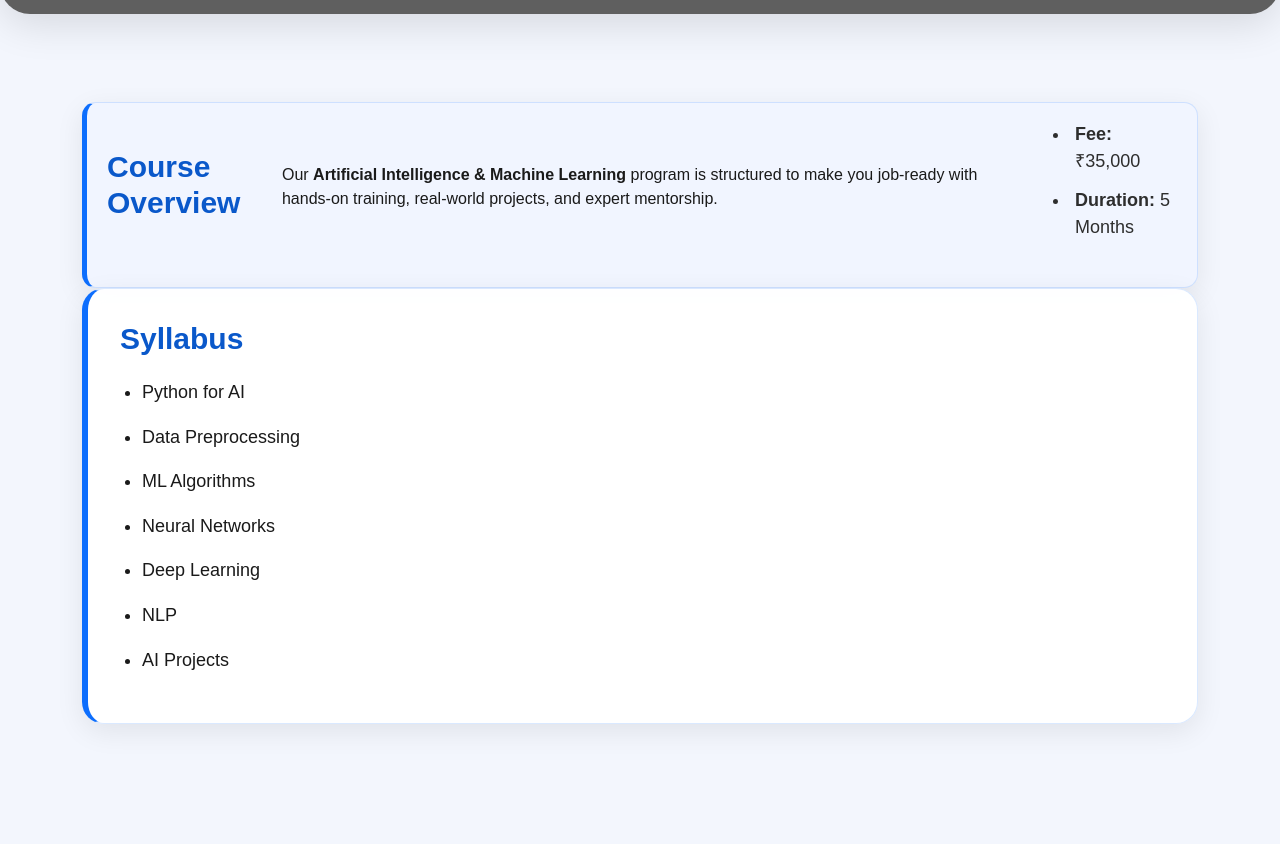
Repository: Aswin74k/project-2
Page: /course/aiml
An editor plug-in stored every save of this project. The page is shown before and after the next save, followed by the edit.
The browser window is 1280 px wide. The pictures show the part of the page from y = 366 to 1318 px (the page is 1210 px tall before and 1318 px after).
Pictures or frames that could not be fetched are drawn as grey boxes. The project was rebuilt for these pictures with package versions that can differ from the ones it lists, and the page was loaded fresh each time. Also part of the build but not shown: vite.config.js, src/project/Home.css, src/project/Home.jsx, src/project/About.css, src/project/About.jsx, src/project/Contact.jsx.

Above is the page before, as saved 2025-12-10 22:02:23.

### src/main.jsx
import React from "react";
import ReactDOM from "react-dom/client";
import { BrowserRouter } from "react-router-dom";
import App from "./project/App";   // ✅ FIXED - ADD THIS IMPORT
import "bootstrap/dist/css/bootstrap.min.css";

ReactDOM.createRoot(document.getElementById("root")).render(
  <React.StrictMode>
    <BrowserRouter>
      <App />
    </BrowserRouter>
  </React.StrictMode>
);

### src/project/App.jsx
import React from "react";
import { Routes, Route } from "react-router-dom";

import EduNavbar from "./EduNavbar";
import Home from "./Home";
import About from "./About";
import Course from "./Course";
import Contact from "./Contact";

export default function App() {
  return (
    <>
      <EduNavbar />

      <Routes>
        <Route path="/" element={<Home />} />
        <Route path="/about" element={<About />} />
        <Route path="/course/:id" element={<Course />} />
                <Route path="/contact" element={<Contact />} />

      </Routes>
    </>
  );
}

### src/project/EduNavbar.jsx
import React, { useState, useEffect } from "react";
import { Navbar, Nav, Container, Form, Button, Modal } from "react-bootstrap";
import { FaSearch, FaUserCircle } from "react-icons/fa";
import "./navbar.css";

export default function EduNavbar() {
  const [scrolled, setScrolled] = useState(false);

  const [showLogin, setShowLogin] = useState(false);
  const [showSignup, setShowSignup] = useState(false);

  useEffect(() => {
    const handleScroll = () => setScrolled(window.scrollY > 10);
    window.addEventListener("scroll", handleScroll);
    return () => window.removeEventListener("scroll", handleScroll);
  }, []);

  return (
    <>
      {/* NAVBAR */}
      <Navbar expand="lg" fixed="top" className={scrolled ? "navbar navbar-scrolled" : "navbar"}>
        <Container>

          {/* LOGO */}
          <Navbar.Brand href="/" className="d-flex align-items-center gap-2">
            <img
              src="https://www.shutterstock.com/image-vector/elearning-education-icon-flat-style-260nw-1183137523.jpg"
              className="nav-icon"
            />
            EduTech
          </Navbar.Brand>

          <Navbar.Toggle />

          <Navbar.Collapse>
            {/* NAV LINKS */}
            <Nav className="ms-auto align-items-center gap-3">
              <Nav.Link href="/">Home</Nav.Link>
              <Nav.Link href="/About">About</Nav.Link>
              <Nav.Link href="contact">Contact</Nav.Link>

              {/* SEARCH */}
              <div className="custom-search">
                <FaSearch className="search-left-icon" />
                <input type="text" placeholder="Search courses..." />
              </div>

              {/* USER ICON */}
              <FaUserCircle
                className="ms-3"
                size={32}
                style={{ cursor: "pointer", color: "#fff" }}
                onClick={() => setShowLogin(true)}
              />
            </Nav>
          </Navbar.Collapse>
        </Container>
      </Navbar>

      {/* LOGIN MODAL */}
      <Modal show={showLogin} onHide={() => setShowLogin(false)} centered>
        <Modal.Header closeButton>
          <Modal.Title>Login</Modal.Title>
        </Modal.Header>

        <Modal.Body>
          <Form>
            <Form.Group>
              <Form.Label>Email</Form.Label>
              <Form.Control type="email" placeholder="Enter email" />
            </Form.Group>

            <Form.Group className="mt-3">
              <Form.Label>Password</Form.Label>
              <Form.Control type="password" placeholder="Enter password" />
            </Form.Group>

            <Button className="w-100 mt-4" onClick={() => setShowLogin(false)}>
              Login
            </Button>

            <p className="text-center mt-3">
              Don’t have an account?{" "}
              <span
                style={{ color: "#0d6efd", cursor: "pointer" }}
                onClick={() => {
                  setShowLogin(false);
                  setShowSignup(true);
                }}
              >
                Sign Up
              </span>
            </p>
          </Form>
        </Modal.Body>
      </Modal>

      {/* SIGNUP MODAL */}
      <Modal show={showSignup} onHide={() => setShowSignup(false)} centered>
        <Modal.Header closeButton>
          <Modal.Title>Sign Up</Modal.Title>
        </Modal.Header>

        <Modal.Body>
          <Form>

            {/* FIRST + LAST NAME (SIDE BY SIDE) */}
            <div className="name-row">
              <Form.Group className="form-group">
                <Form.Label></Form.Label>
                <Form.Control type="text" placeholder="Enter first name" />
              </Form.Group>

              <Form.Group className="form-group">
                <Form.Label></Form.Label>
                <Form.Control type="text" placeholder="Enter last name" />
              </Form.Group>
            </div>

            {/* EMAIL */}
            <Form.Group className="mt-3">
              <Form.Label>Email</Form.Label>
              <Form.Control type="email" placeholder="Enter email" />
            </Form.Group>

            {/* PASSWORD */}
            <Form.Group className="mt-3">
              <Form.Label>Password</Form.Label>
              <Form.Control type="password" placeholder="Enter password" />
            </Form.Group>

            <Button className="w-100 mt-4" onClick={() => setShowSignup(false)}>
              Create Account
            </Button>

            <p className="text-center mt-3">
              Already have an account?{" "}
              <span
                style={{ color: "#0d6efd", cursor: "pointer" }}
                onClick={() => {
                  setShowSignup(false);
                  setShowLogin(true);
                }}
              >
                Login
              </span>
            </p>

          </Form>
        </Modal.Body>
      </Modal>
    </>
  );
}

### src/project/Course.jsx
import React from "react";
import { useParams, useNavigate } from "react-router-dom";
import "./course.css";

const courseData = {
  fullstack: {
    title: "Full Stack Development",
    fee: "₹25,000",
    duration: "4 Months",
    banner: "/banners/fullstack.jpg",
    syllabus: [
      "HTML, CSS, Bootstrap",
      "JavaScript (ES6+)",
      "React JS",
      " Python & Django Framework",
      "Jquery",
      "MySQL",
      "Full-Stack Projects"
    ]
  },

  mern: {
    title: "MERN Stack Development",
    fee: "₹28,000",
    duration: "4.5 Months",
    banner: "/banners/mern.jpg",
    syllabus: [
      "MongoDB",
      "Express JS",
      "React JS",
      "Node JS",
      "REST API Development",
      "MERN Live Projects"
    ]
  },

  cloud: {
    title: "Cloud Computing",
    fee: "₹30,000",
    duration: "3 Months",
    banner: "/banners/cloud.jpg",
    syllabus: [
      "AWS / Azure Basics",
      "Cloud Architecture",
      "Serverless Computing",
      "IAM, VPC, S3",
      "EC2, Lambda",
      "Monitoring & Deployment"
    ]
  },

  aiml: {
    title: "Artificial Intelligence & Machine Learning",
    fee: "₹35,000",
    duration: "5 Months",
    banner: "/banners/aiml.jpg",
    syllabus: [
      "Python for AI",
      "Data Preprocessing",
      "ML Algorithms",
      "Neural Networks",
      "Deep Learning",
      "NLP",
      "AI Projects"
    ]
  },

  devops: {
    title: "DevOps Engineering",
    fee: "₹32,000",
    duration: "3.5 Months",
    banner: "/banners/devops.jpg",
    syllabus: [
      "Linux & Shell Scripting",
      "Git & GitHub",
      "Docker",
      "Kubernetes",
      "Jenkins",
      "CI/CD Pipeline",
      "Cloud Deployment"
    ]
  },

  datascience: {
    title: "Data Science",
    fee: "₹40,000",
    duration: "5 Months",
    banner: "/banners/datascience.jpg",
    syllabus: [
      "Python",
      "Statistics",
      "Machine Learning",
      "Data Visualization",
      "SQL",
      "Data Wrangling",
      "ML Projects"
    ]
  },

  dataanalytics: {
    title: "Data Analytics",
    fee: "₹22,000",
    duration: "3 Months",
    banner: "/banners/dataanalytics.jpg",
    syllabus: [
      "Excel",
      "Power BI / Tableau",
      "SQL",
      "Python Basics",
      "Dashboard Building",
      "Data Cleaning",
      "Case Studies"
    ]
  },

  uiux: {
    title: "UI/UX Designing",
    fee: "₹18,000",
    duration: "2.5 Months",
    banner: "/banners/uiux.jpg",
    syllabus: [
      "Design Principles",
      "Figma",
      "Wireframing",
      "Prototyping",
      "User Research",
      "UX Case Study",
      "Portfolio Building"
    ]
  }
};

export default function Course() {
  const { id } = useParams();
  const navigate = useNavigate();

  const course = courseData[id];

  if (!course) {
    return <h2 className="text-center mt-5">Course Not Found</h2>;
  }

  return (
    <div className="course-container">
      <div className="course-header">

        {/* BACK & ENROLL BUTTONS */}
        <div className="course-buttons">
          <button className="back-btn" onClick={() => navigate("/")}>
            ← Back
          </button>

          <button className="enroll-btn-header" onClick={() => navigate("/contact")}>
            Enroll Now
          </button>
        </div>

        <img src={course.banner} alt={course.title} className="course-banner" />
        <h1 className="course-title">{course.title}</h1>
      </div>

      <div className="course-content container">
        <div className="info-box">
          <h3>Course Overview</h3>
          <p>
            Our <b>{course.title}</b> program is structured to make you job-ready with hands-on training, real-world projects, and expert mentorship.
          </p>

          <ul className="details-list">
            <li><strong>Fee:</strong> {course.fee}</li>
            <li><strong>Duration:</strong> {course.duration}</li>
          </ul>
        </div>

        <div className="syllabus-box">
          <h3>Syllabus</h3>
          <ul>
            {course.syllabus.map((item, i) => (
              <li key={i}>{item}</li>
            ))}
          </ul>
        </div>
      </div>
    </div>
  );
}

### src/project/Navbar.css
.navbar {
  background: #111;
  padding: 12px 0;
  transition: all 0.3s ease;
}

.navbar-scrolled {
  background: #0d0d0d;
  box-shadow: 0 2px 6px rgba(0, 0, 0, 0.4);
}

.navbar .navbar-brand {
  font-size: 1.5rem;
  font-weight: 700;
  color: #fff !important;
}

.nav-icon {
  width: 40px;
  height: 40px;
  border-radius: 50%;
  object-fit: cover;
}

.navbar-nav .nav-link {
  color: #fff !important;
  font-weight: 500;
  font-size: 1rem;
  padding: 8px 12px;
  position: relative;
  padding-bottom: 4px;
}

.navbar-nav .nav-link::after {
  content: "";
  position: absolute;
  left: 0;
  bottom: 0;
  width: 0%;
  height: 2px;
  background: #f4f5f7;
  transition: width 0.3s ease;
}

.navbar-nav .nav-link:hover::after,
.navbar-nav .nav-link.active::after {
  width: 100%;
}

.navbar-nav .nav-link.active {
  color: #0d6efd !important;
}

.custom-search {
  background: #fff;
  padding: 6px 16px;
  border-radius: 50px;
  display: flex;
  align-items: center;
  gap: 10px;
  width: 210px;
}

.custom-search input {
  border: none;
  outline: none;
  font-size: 0.95rem;
  width: 100%;
  background: none;
}

.custom-search .search-left-icon {
  margin-right: 3px;
  font-size: 1.1rem;
  opacity: 0.7;
}


.fa-user-circle {
  color: #fff !important;
  cursor: pointer;
}


.navbar-toggler {
  background: transparent !important;
  border: none !important;
  padding: 6px;
}

.navbar-toggler:focus,
.navbar-toggler:active {
  box-shadow: none !important;
  background: transparent !important;
}

.navbar-toggler-icon {
  filter: invert(1); /* makes hamburger icon white */
}



@media (max-width: 992px) {
  .custom-search {
    width: 200px;
  }
}

@media (max-width: 768px) {
  .navbar-collapse {
    background: #111;
    padding: 15px 20px;
    border-radius: 8px;
  }

  .custom-search {
    width: 100%;
    margin-top: 12px;
  }


  .navbar-nav .nav-link {
    padding: 12px 0;
  }

  .fa-user-circle {
    margin-top: 12px;
  }
}

@media (max-width: 480px) {
  .navbar-brand {
    font-size: 1.3rem;
  }

  .nav-icon {
    width: 32px;
    height: 32px;
  }
}


.modal-content {
  border-radius: 18px !important;
  padding: 10px 5px;
  background: #ffffff;
  border: none;
  box-shadow: 0px 8px 25px rgba(0, 0, 0, 0.15);
  animation: popupShow 0.25s ease;
}

@keyframes popupShow {
  from { transform: scale(0.95); opacity: 0; }
  to { transform: scale(1); opacity: 1; }
}

.modal-header {
  border-bottom: none;
  text-align: center;
  justify-content: center;
  padding-bottom: 0px;
}

.modal-title {
  font-weight: bold;
  font-size: 1.4rem;
  color: #0d6efd;
}

.modal-body {
  padding-top: 0px !important;
}

.modal-body input {
  padding: 12px 14px;
  border-radius: 10px;
  border: 1px solid #d0d0d0;
  transition: 0.2s;
  font-size: 0.95rem;
}

.modal-body input:focus {
  border-color: #0d6efd;
  box-shadow: 0px 0px 7px rgba(13, 110, 253, 0.4);
}

.modal-body button {
  padding: 10px;
  font-size: 1rem;
  border-radius: 10px;
  background: #0d6efd;
  border: none;
  transition: 0.2s;
}

.modal-body button:hover {
  background: #095ecc;
}

.modal-body p {
  color: #555;
  font-size: 0.9rem;
}

.modal-body span {
  font-weight: bold;
}

.btn-close {
  background-size: 60% !important;
  filter: brightness(0) saturate(100%);
}
.name-row {
  display: flex;
  gap: 15px;
}

.name-row .form-group {
  flex: 1;
}

### src/project/course.css
/* -----------------------------
    GLOBAL STYLE
------------------------------*/
.course-container {
  font-family: "Poppins", sans-serif;
  color: #1a1a1a;
  background: #f3f6fd;
  padding-bottom: 60px;
}

/* -----------------------------
    HEADER / BANNER
------------------------------*/
.course-header {
  position: relative;
  height: 380px;
  border-radius: 0 0 30px 30px;
  overflow: hidden;
  box-shadow: 0 10px 40px rgba(0, 0, 0, 0.12);
}

.course-banner {
  width: 100%;
  height: 100%;
  object-fit: cover;
  filter: brightness(60%);
}

.course-title {
  position: absolute;
  bottom: 35px;
  left: 50px;
  font-size: 50px;
  font-weight: 800;
  color: #ffffff;
  letter-spacing: 0.5px;
  animation: fadeIn 1.2s ease;
  text-shadow: 0 5px 25px rgba(0, 0, 0, 0.5);
}

/* Fade In Animation */
@keyframes fadeIn {
  from {
    opacity: 0;
    transform: translateY(20px);
  }
  to {
    opacity: 1;
    transform: translateY(0);
  }
}

/* -----------------------------
    CONTENT AREA
------------------------------*/
.course-content {
  padding: 60px 0;
}

/* Glass-style card */
.info-box,
.syllabus-box {
  background: rgba(255, 255, 255, 0.95);
  padding: 32px;
  border-radius: 22px;
  border: 1px solid rgba(13, 110, 253, 0.15);
  backdrop-filter: blur(10px);
  transition: 0.3s ease;
  box-shadow: 0 8px 28px rgba(0, 0, 0, 0.08);
  border-left: 6px solid #0d6efd;
}

.info-box:hover,
.syllabus-box:hover {
  transform: translateY(-6px);
  box-shadow: 0 15px 40px rgba(0, 0, 0, 0.18);
}

/* -----------------------------
    HEADINGS INSIDE CARDS
------------------------------*/
.info-box h3,
.syllabus-box h3 {
  font-size: 30px;
  font-weight: 700;
  color: #0a58ca;
  margin-bottom: 20px;
  display: flex;
  align-items: center;
  gap: 12px;
}

/* -----------------------------
    DETAILS LIST
------------------------------*/
.details-list li {
  font-size: 18px;
  margin-bottom: 12px;
  padding-left: 5px;
  color: #2e2e2e;
}

/* Syllabus List */
.syllabus-box ul {
  padding-left: 22px;
}

.syllabus-box li {
  font-size: 18px;
  margin-bottom: 14px;
  line-height: 1.7;
}

/* -----------------------------
    BUTTON
------------------------------*/
.enroll-btn {
  background: linear-gradient(135deg, #0d6efd, #004bb5);
  border: none;
  padding: 14px 30px;
  font-size: 19px;
  font-weight: 600;
  border-radius: 14px;
  color: #fff;
  transition: 0.25s ease;
  margin-top: 25px;
}

.enroll-btn:hover {
  transform: translateY(-4px);
  box-shadow: 0 12px 28px rgba(13, 110, 253, 0.45);
  background: linear-gradient(135deg, #0056d6, #003f99);
}

/* -----------------------------
    RESPONSIVE DESIGN
------------------------------*/
@media (max-width: 900px) {
  .course-title {
    font-size: 36px;
    left: 30px;
    bottom: 30px;
  }

  .course-header {
    height: 300px;
  }

  .info-box,
  .syllabus-box {
    padding: 25px;
  }
}

@media (max-width: 600px) {
  .course-title {
    font-size: 28px;
    left: 20px;
    bottom: 25px;
  }

  .course-header {
    height: 250px;
  }

  .info-box,
  .syllabus-box {
    padding: 22px;
  }

  .enroll-btn {
    width: 100%;
    font-size: 17px;
    padding: 13px;
  }
}
.course-buttons {
  position: absolute;
  top: 20px;
  left: 25px;
  right: 25px;
  display: flex;
  justify-content: space-between;
  z-index: 10;
}

.back-btn {
  padding: 10px 20px;
  background: rgba(255,255,255,0.85);
  border-radius: 10px;
  border: none;
  font-size: 16px;
  font-weight: 600;
  cursor: pointer;
  backdrop-filter: blur(6px);
}

.enroll-btn-header {
  padding: 10px 22px;
  background: #0d6efd;
  border-radius: 10px;
  border: none;
  color: white;
  font-size: 16px;
  font-weight: 600;
  cursor: pointer;
}

.back-btn:hover {
  background: rgba(255,255,255,1);
}

.enroll-btn-header:hover {
  background: #0056d6;
}

### src/project/contact.css
/* -------- MAIN WRAPPER -------- */
.contact-container {
  display: flex;
  justify-content: center;
  align-items: stretch;
  gap: 50px;
  padding: 90px 8%;
  background: linear-gradient(145deg, #e4ecff, #f8f9ff);
  min-height: 100vh;
  font-family: "Poppins", sans-serif;
  flex-wrap: wrap;
}

/* -------- LEFT INFO PANEL -------- */
.contact-info {
  flex: 1;
  min-width: 320px;
  max-width: 550px;
  padding: 40px 35px;
  background: rgba(255, 255, 255, 0.85);
  border-radius: 22px;
  backdrop-filter: blur(12px);
  border: 1px solid rgba(180, 195, 255, 0.45);
  box-shadow: 0px 20px 60px rgba(0, 0, 0, 0.08);
  transition: 0.3s ease;
}

.contact-info h2 {
  font-size: 32px;
  font-weight: 800;
  color: #0d1b3d;
  margin-bottom: 15px;
}

/* -------- INFO CARDS -------- */
.info-box {
  display: flex;
  align-items: center;
  gap: 15px;
  margin-top: 28px;
  padding: 18px 20px;
  background: #f1f5ff;
  border-radius: 14px;
  border-left: 5px solid #0d6efd;
  transition: 0.25s ease-in-out;
}

.info-icon {
  font-size: 26px;
  color: #0c0c0c;
}

/* -------- CONTACT FORM -------- */
.contact-form {
  flex: 1;
  min-width: 330px;
  max-width: 600px;
  padding: 40px 35px;
  background: rgba(255, 255, 255, 0.55);
  border-radius: 22px;
  backdrop-filter: blur(18px);
  box-shadow: 0px 20px 60px rgba(0, 0, 0, 0.08);
  border: 1px solid rgba(150, 180, 255, 0.45);
}

/* INPUTS */
.input-group {
  position: relative;
  margin-bottom: 28px;
}

.input-group input,
.input-group textarea {
  width: 100%;
  padding: 16px 18px;
  border: 2px solid #ccd7eb;
  border-radius: 12px;
  background: rgba(255, 255, 255, 0.9);
  outline: none;
  font-size: 15px;
}

/* FLOATING LABEL */
.input-group label {
  position: absolute;
  top: 15px;
  left: 18px;
  color: #777;
  font-size: 15px;
  pointer-events: none;
  background: white;
  padding: 0 6px;
  transition: 0.25s ease;
}

/* BUTTON */
button {
  width: 100%;
  padding: 15px;
  border: none;
  border-radius: 14px;
  font-size: 17px;
  background: linear-gradient(135deg, #0d6efd, #094db3);
  color: white;
  font-weight: 600;
  cursor: pointer;
  transition: 0.3s ease;
}

/* -------- SUCCESS / ERROR -------- */
.message-box {
  margin-top: 20px;
  padding: 13px 17px;
  border-radius: 14px;
  font-size: 15px;
  text-align: center;
}

/* -----------------------------------
     FULL RESPONSIVE OPTIMIZATION
------------------------------------*/

/* Tablets (900px and below) */
@media (max-width: 900px) {
  .contact-container {
    padding: 50px 6%;
    flex-direction: column;
    gap: 40px;
  }

  .contact-info,
  .contact-form {
    padding: 30px 25px;
  }

  .contact-info h2 {
    font-size: 28px;
  }
}

/* Large mobile (600px and below) */
@media (max-width: 600px) {
  .contact-container {
    padding: 35px 5%;
  }

  .contact-info,
  .contact-form {
    border-radius: 18px;
  }

  .info-box {
    padding: 15px 18px;
  }

  button {
    font-size: 16px;
    padding: 14px;
  }
}

/* Small mobile (450px and below) */
@media (max-width: 450px) {
  .contact-info h2 {
    font-size: 24px;
  }

  .contact-form h3 {
    font-size: 22px;
  }

  .input-group input,
  .input-group textarea {
    font-size: 14px;
    padding: 14px;
  }

  .input-group label {
    font-size: 13px;
  }
}
@media (max-width: 768px) {
  .contact-container {
    padding-top: 150px; /* more space for mobile navbar */
  }
}

Loaded but not shown: index.html (common file)

After the next save:
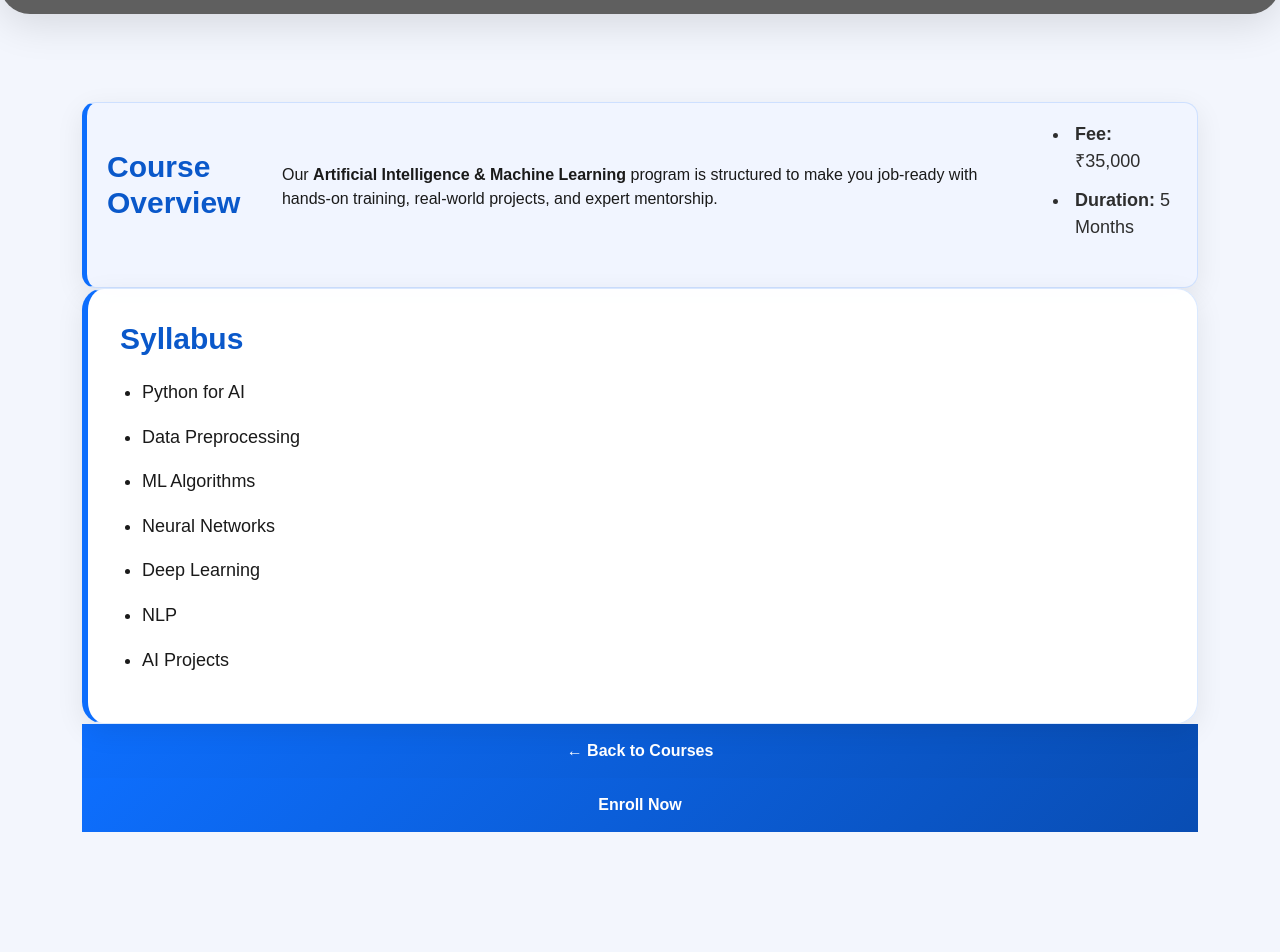
Saved 5 days later.
--- a/src/project/Course.jsx
+++ b/src/project/Course.jsx
@@ -180,6 +180,23 @@ export default function Course() {
             ))}
           </ul>
         </div>
+        {/* BOTTOM ACTION BUTTONS */}
+<div className="course-actions">
+  <button
+    className="back-btn-content"
+    onClick={() => navigate("/")}
+  >
+    ← Back to Courses
+  </button>
+
+  <button
+    className="enroll-btn-content"
+    onClick={() => navigate("/contact")}
+  >
+    Enroll Now
+  </button>
+</div>
+
       </div>
     </div>
   );
